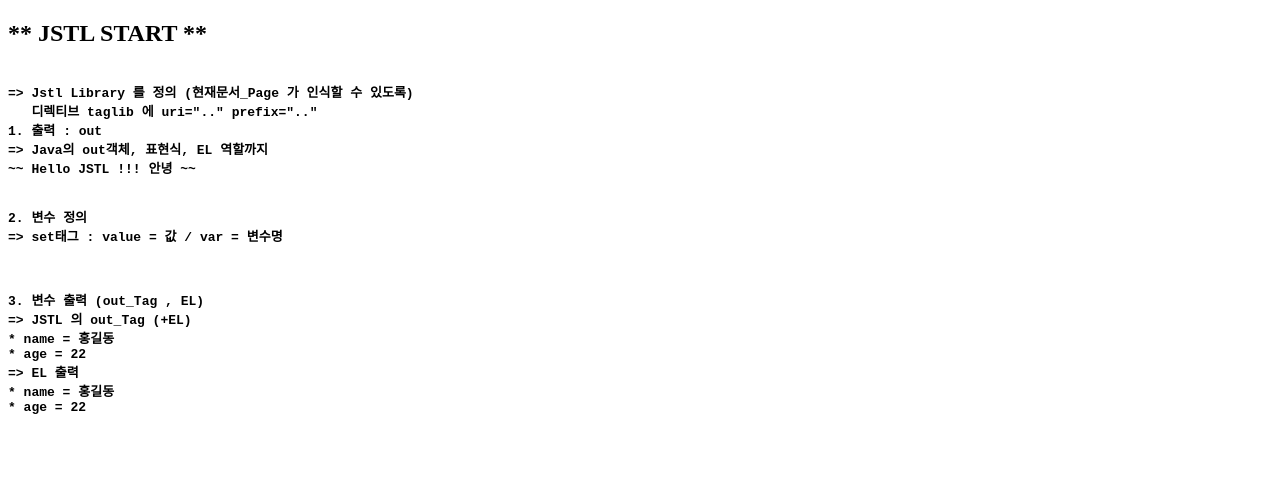
Repository: JYH94/JAVA
Page: http://localhost/web01/jsp03_jstl/ex01_jstlStart.jsp
The author's editor kept a copy of each file at every save. The page is drawn from the files as they stood at one save, then again after the next save.
The browser window is 1280 px wide. The pictures show the whole page.
The page is served by Tomcat 9. Other server files are loaded and not shown.

Above is the page before, as saved 2024-01-16 04:17:40.

### web01/src/main/webapp/jsp03_jstl/ex01_jstlStart.jsp
<%@ page language="java" contentType="text/html; charset=UTF-8"
    pageEncoding="UTF-8"%>
<%@ taglib uri="http://java.sun.com/jsp/jstl/core" prefix="c" %>
<!DOCTYPE html>
<html>
<head>
<meta charset="UTF-8">
<title>** JSTL START **</title>
</head>
<body>
<h2>** JSTL START **</h2>

<pre><b>
=> Jstl Library 를 정의 (현재문서_Page 가 인식할 수 있도록)
   디렉티브 taglib 에 uri=".." prefix=".."
1. 출력 : out
=> Java의 out객체, 표현식, EL 역할까지
<c:out value="~~ Hello JSTL !!! 안녕 ~~" />
<%-- <c:out value=""></c:out> --%>

2. 변수 정의
=> set태그 : value = 값 / var = 변수명
<c:set value="홍길동" var="name"/>
<c:set value="22" var="age"/>

3. 변수 출력 (out_Tag , EL)
=> JSTL 의 out_Tag (+EL)
* name = <c:out value="${name}" />
* age = <c:out value="${age}" />
=> EL 출력
* name = ${name}
* age = ${age}

</b></pre>


</body>
</html>

After the next save:
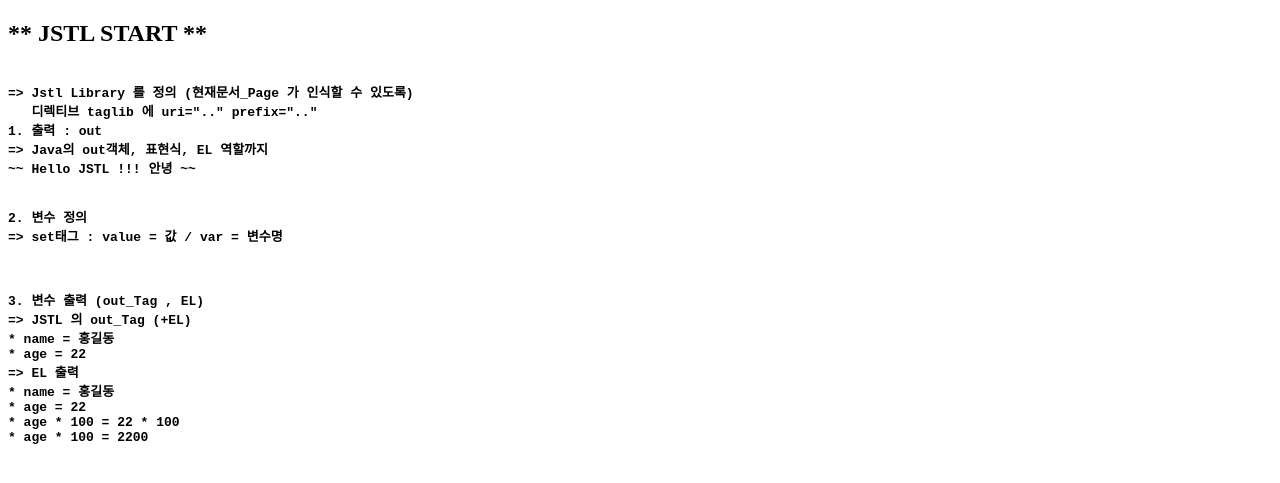
Saved 33 s later.
--- a/web01/src/main/webapp/jsp03_jstl/ex01_jstlStart.jsp
+++ b/web01/src/main/webapp/jsp03_jstl/ex01_jstlStart.jsp
@@ -30,6 +30,8 @@
 => EL 출력
 * name = ${name}
 * age = ${age}
+* age * 100 = ${age} * 100
+* age * 100 = ${age*100}
 
 </b></pre>
 
